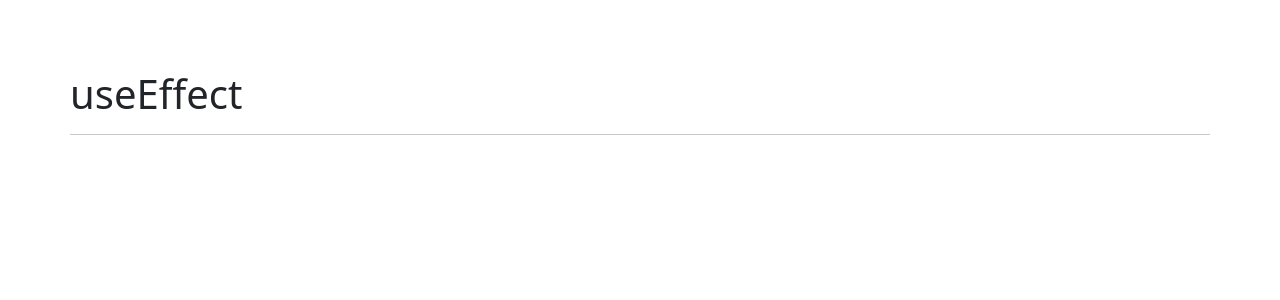
Repository: FlamesAlejandro/practicaReact
Page: /
These files come from the project's save history. The page is drawn as it stood at one moment and after the next save; the edit follows.
The browser window is 1280 px wide. The pictures show the whole page.
The project was rebuilt for these pictures with package versions that can differ from the ones it lists, and the page was loaded fresh each time.

Above is the page before, as saved 2021-05-25 07:58:55.

After the next save:
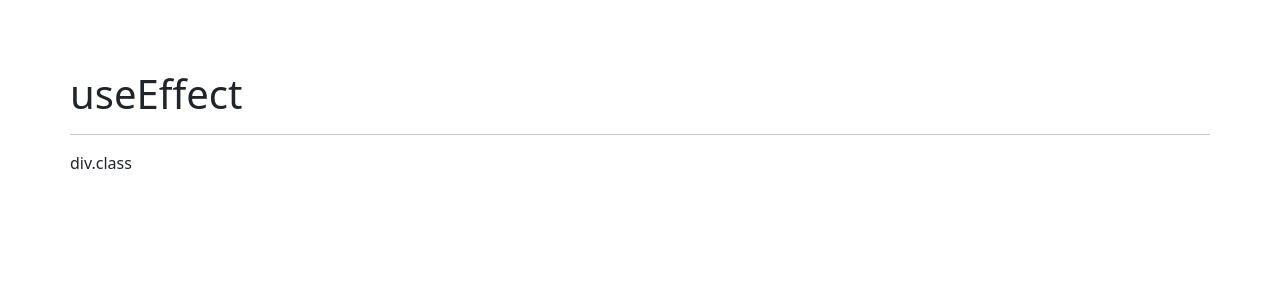
Saved 21 s later.
--- a/src/components/useEffect/simpleForm.js
+++ b/src/components/useEffect/simpleForm.js
@@ -15,6 +15,7 @@ export const SimpleForm = () => {
             <h1>useEffect</h1>
             <hr />
 
+            div.class
         </>
     )
 }
